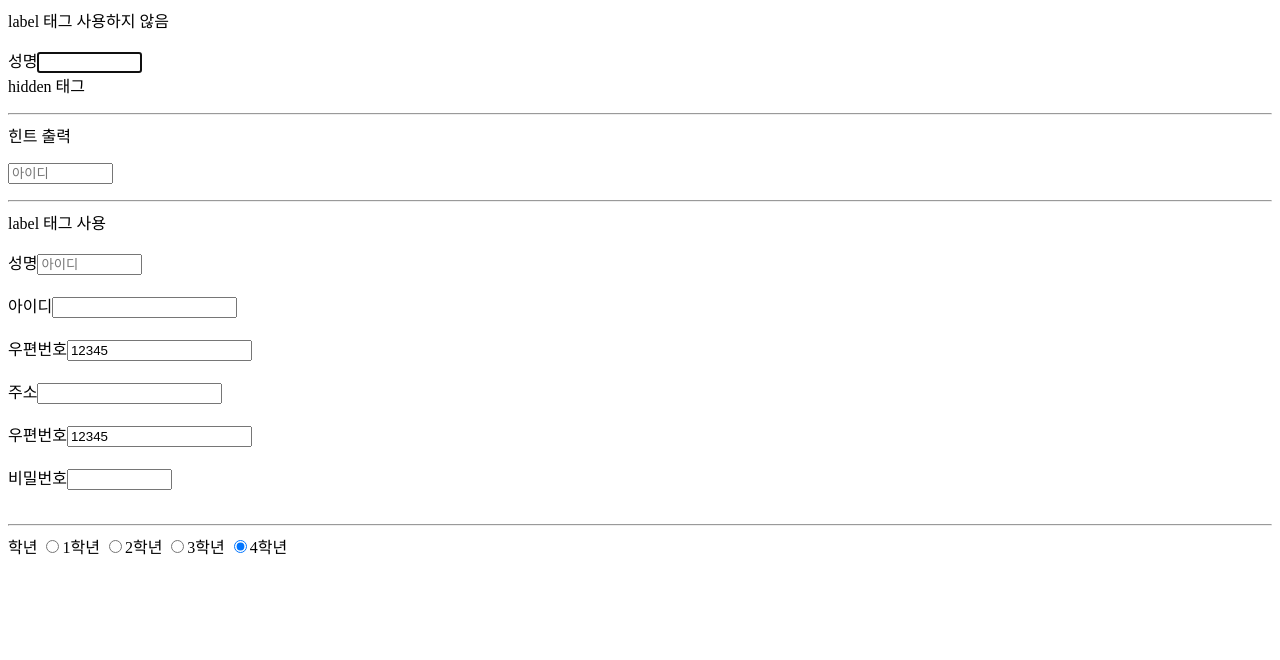
Repository: roditee/Frontend_ex
Page: HTML01/src/main/webapp/form.html
The author's editor kept a copy of each file at every save. The page is drawn from the files as they stood at one save, then again after the next save.
The browser window is 1280 px wide. The pictures show the whole page.

Above is the page before, as saved 2021-12-02 08:06:02.

After the next save:
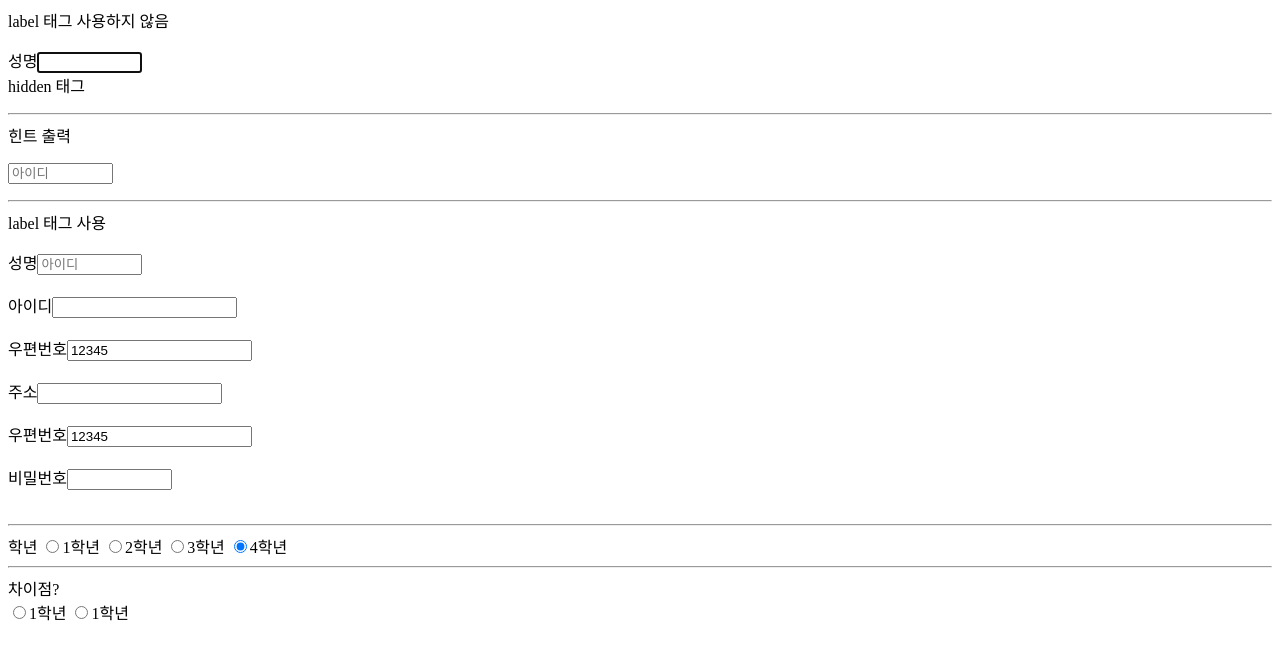
Saved 7 min 31 s later.
--- a/HTML01/src/main/webapp/form.html
+++ b/HTML01/src/main/webapp/form.html
@@ -31,6 +31,12 @@
 			<label><input type="radio" name="year" value="2">2학년</label>
 			<label><input type="radio" name="year" value="3">3학년</label>
 			<label><input type="radio" name="year" value="4" checked>4학년</label>
+			<hr>
+
+			차이점? <br>
+			<input type="radio" name="year" value="1">1학년
+			<label><input type="radio" name="year" value="1">1학년</label>
+
 		</form>
 	</body>
 </html>
